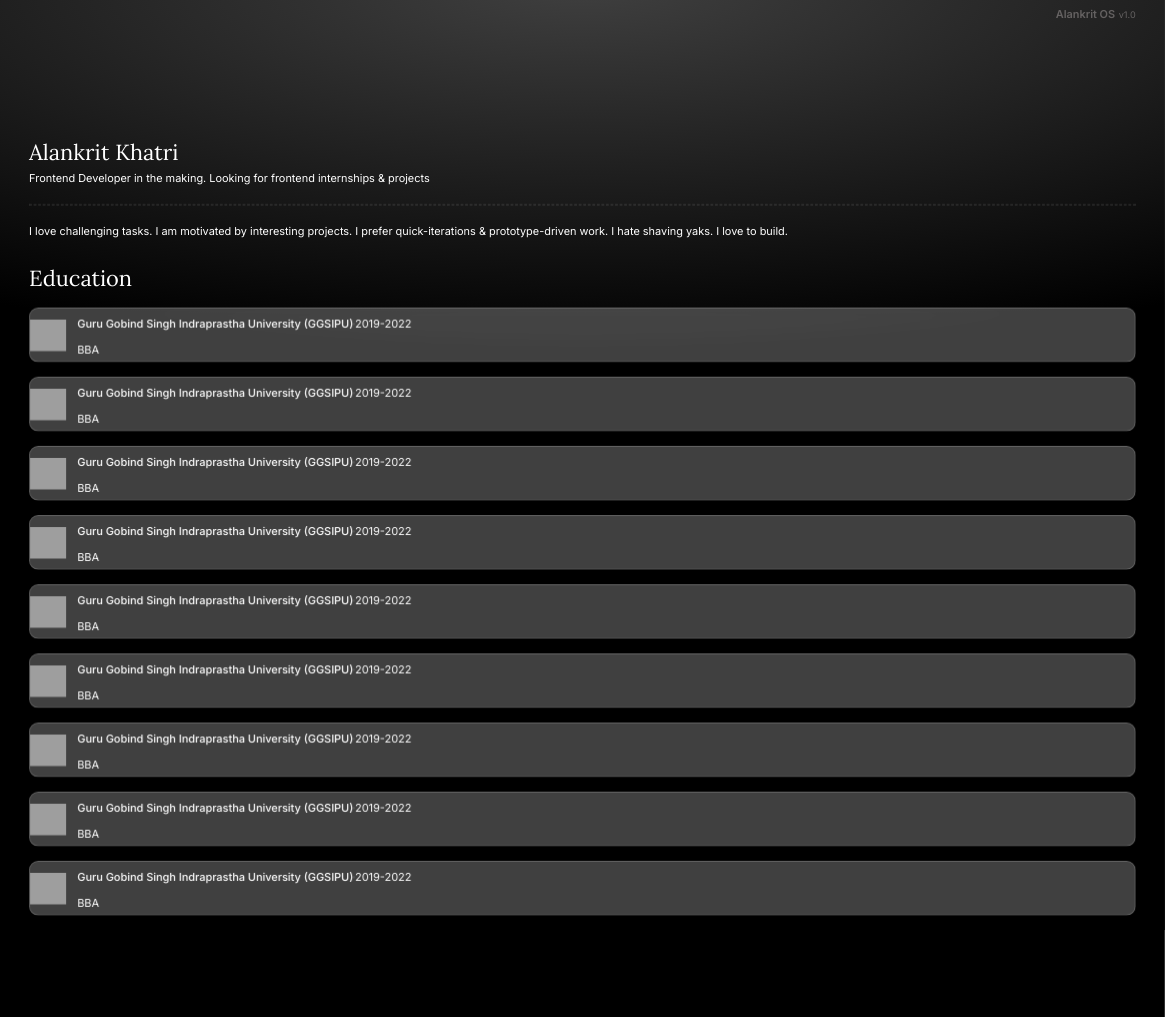
Repository: alankritkhatri/alankrit.xyz
Page: /
These files come from the project's save history. The page is drawn as it stood at one moment and after the next save; the edit follows.
The browser window is 1280 px wide. The pictures show the whole page, at 91% of full size.
Pictures or frames that could not be fetched are drawn as grey boxes. The project was rebuilt for these pictures with package versions that can differ from the ones it lists, and the page was loaded fresh each time. Also part of the build but not shown: vite.config.js, src/blog.jsx.

Above is the page before, as saved 2024-08-11 21:11:09.

After the next save:
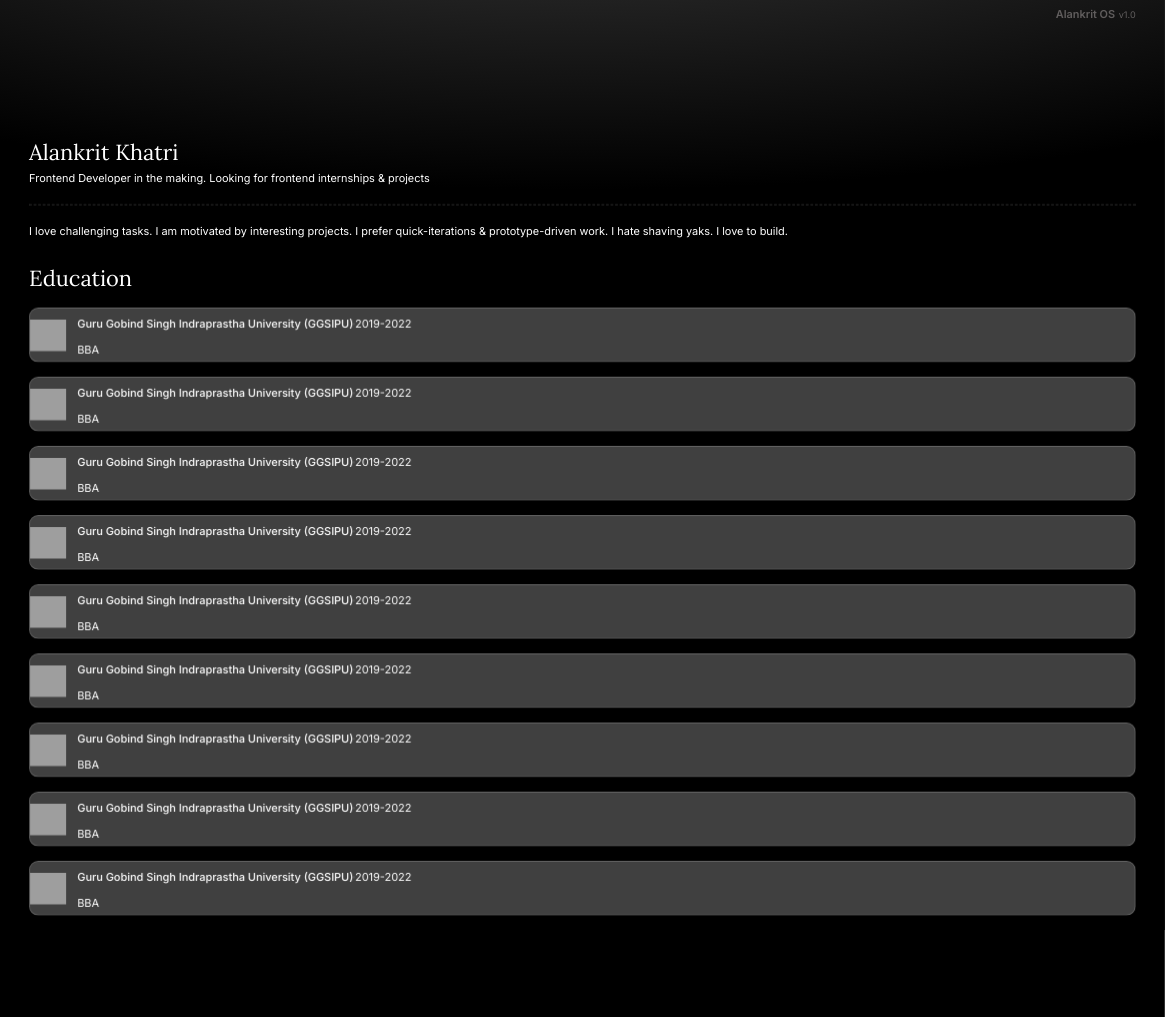
Saved 4 s later.
--- a/src/App.css
+++ b/src/App.css
@@ -7,7 +7,7 @@
 
 body,html{
   min-height: 100vh;
-background: radial-gradient(100% 40% at 50% -20px, #404040, #000000)
+background: radial-gradient(100% 40% at 50% -200px, #404040, #000000)
 }
 .main {
 
